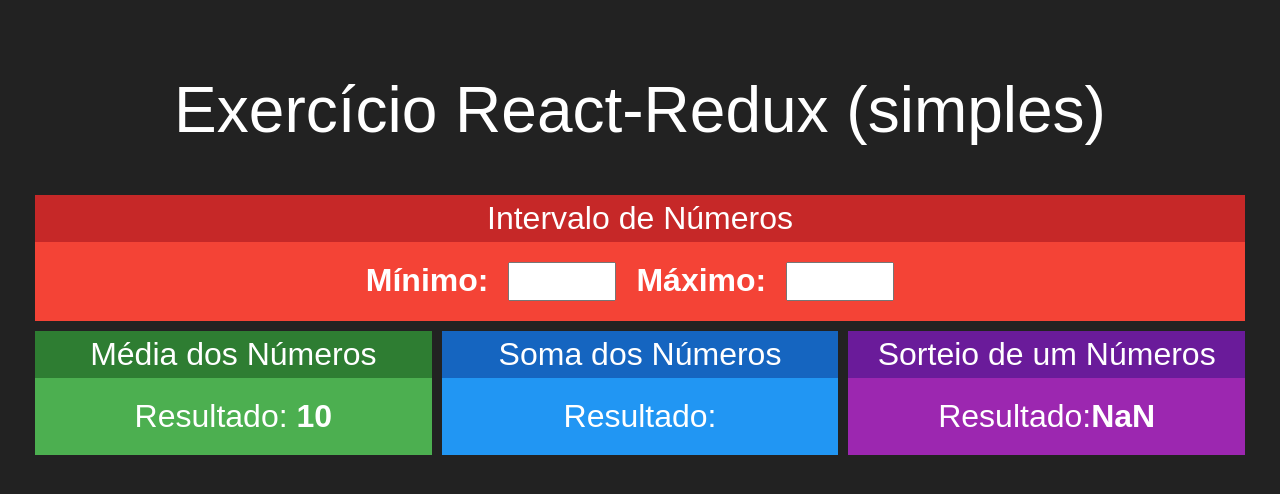
Repository: Henrique-Franca/Clear-Redux-Simples
Page: /
These files come from the project's save history. The page is drawn as it stood at one moment and after the next save; the edit follows.
The browser window is 1280 px wide. The pictures show the whole page.
The project was rebuilt for these pictures with package versions that can differ from the ones it lists, and the page was loaded fresh each time.

Above is the page before, as saved 2022-11-22 08:55:01.

After the next save:
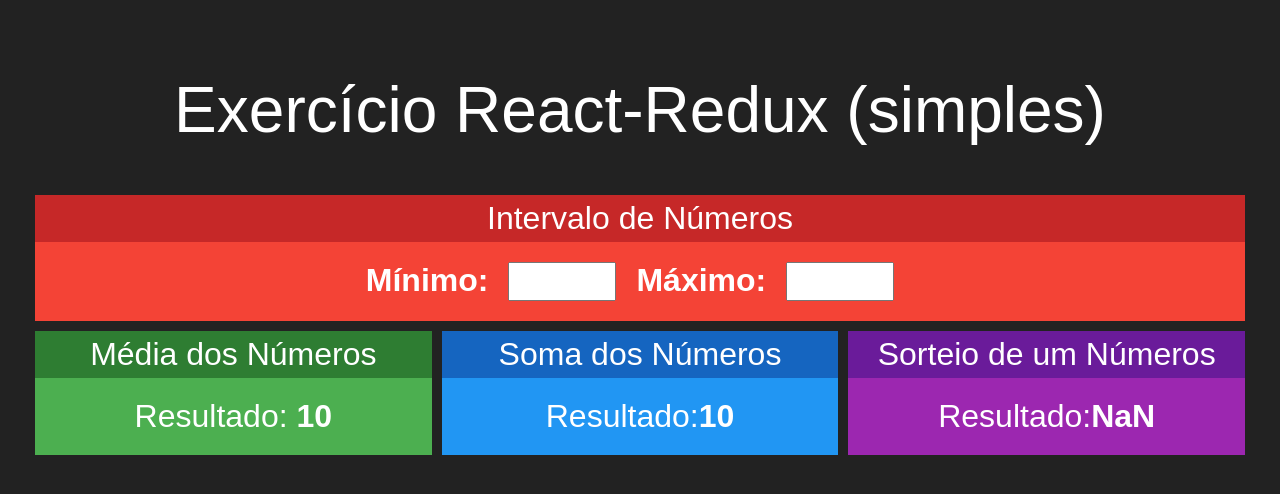
Saved 7 s later.
--- a/src/components/Soma.jsx
+++ b/src/components/Soma.jsx
@@ -10,7 +10,7 @@ export default props =>{
             <div >
                 <span>
                     <span>Resultado:</span>
-                    <strong>{}</strong>
+                    <strong>{10}</strong>
                 </span>
 
             </div>
